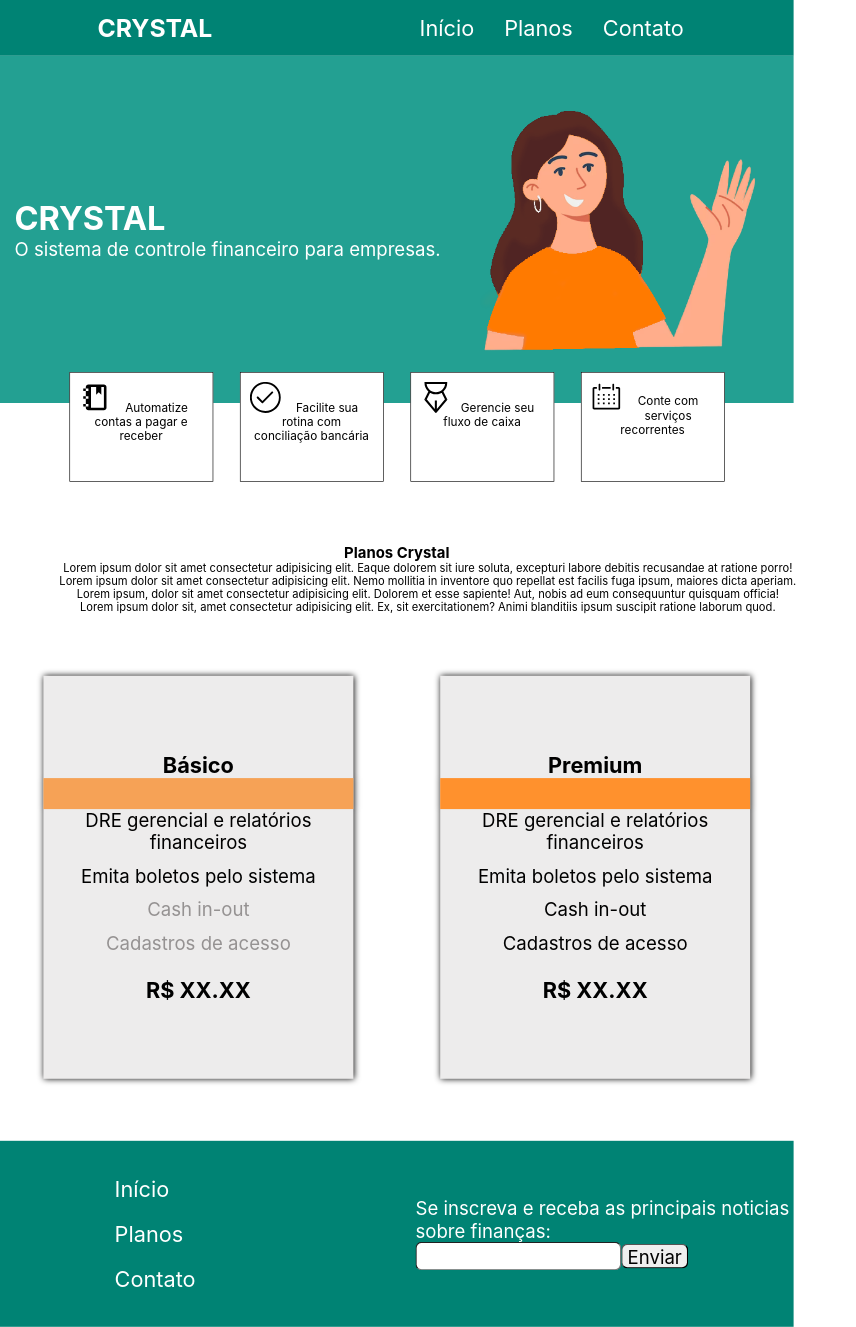
Repository: Matheus904-12/Crystallize
Page: index.html
These files come from the project's save history. The page is drawn as it stood at one moment and after a run of saves; the edit follows.
The browser window is 1280 px wide. The page is 1380 px wide, so the pictures cover 1380 px, including what lies to the right of the window. The pictures show the whole page, at 62% of full size.
Some web fonts or font styles are not loaded; a fallback is used.

Above is the page before, as saved 2023-07-24 20:15:47.

After the next 2 saves:
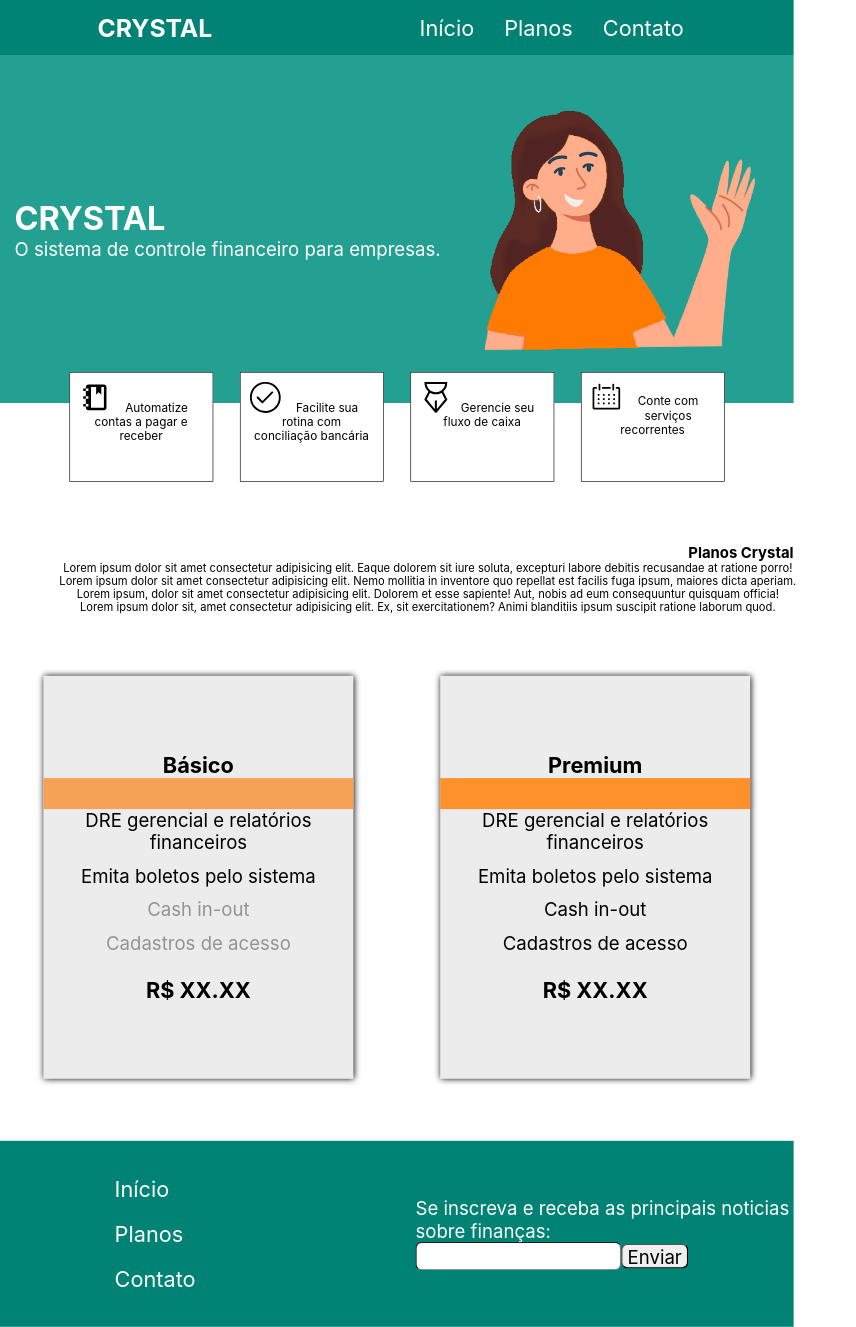
The 2 saves are shown as one change because they came seconds apart.
The last was saved 32 s later.
--- a/style.css
+++ b/style.css
@@ -108,7 +108,7 @@ html {
   .planoTitulo {
     font-size: 24px;
     width: 100%;
-    text-align: center;
+    text-align: right;
   }
 
   .planoTexto {
